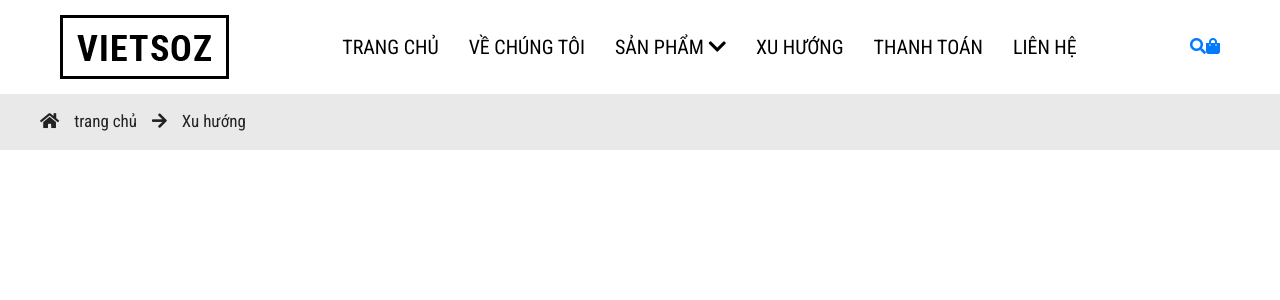
Repository: vinhtk0209/Vietsoz-reponsive
Page: index.html
The author's editor kept a copy of each file at every save. The page is drawn from the files as they stood at one save, then again after the next save.
The browser window is 1280 px wide. The pictures show the whole page.

Above is the page before, as saved 2021-10-23 17:13:24.

### index.html
<!DOCTYPE html>
<html lang="en">
  <head>
    <meta charset="UTF-8" />
    <meta http-equiv="X-UA-Compatible" content="IE=edge" />
    <meta name="viewport" content="width=device-width, initial-scale=1.0" />
    <link rel="stylesheet" href="assets/css/reset.css" />
    <link rel="stylesheet" href="assets/css/global.css" />
    <link rel="stylesheet" href="assets/css/main.css" />
    <link rel="stylesheet" href="assets/fontawesome/css/all.css" />
    <link rel="stylesheet" href="assets/css/reponsive.css">
    <link rel="preconnect" href="https://fonts.googleapis.com" />
    <link rel="preconnect" href="https://fonts.gstatic.com" crossorigin />
    <link
      href="https://fonts.googleapis.com/css2?family=Roboto:ital,wght@0,100;0,300;0,400;0,500;0,700;0,900;1,100;1,300;1,400;1,500;1,700;1,900&display=swap"
      rel="stylesheet"
    />
    <link rel="preconnect" href="https://fonts.googleapis.com" />
    <link rel="preconnect" href="https://fonts.gstatic.com" crossorigin />
    <link
      href="https://fonts.googleapis.com/css2?family=Roboto+Condensed:ital,wght@0,300;0,400;0,700;1,300;1,400;1,700&display=swap"
      rel="stylesheet"
    />
    <div id="fb-root"></div>
    <script
      async
      defer
      crossorigin="anonymous"
      src="https://connect.facebook.net/vi_VN/sdk.js#xfbml=1&version=v11.0"
      nonce="ecJjSUD8"
    ></script>
    <title>VIESOZ</title>
  </head>

  <body>
    <!-- wrapper starts -->
    <div class="wrapper">
      <!-- header starts -->
      <header class="header">
        <div class="container">
          <div
            class="wp-header-top d-flex align-i-center justify-content-between"
          >
            <div class="header-banner">
              <img src="assets/images/logo.png" alt="" />
            </div>
            <nav class="header-main-menu">
              <ul class="d-flex main-menu">
                <li><a href="">trang chủ</a></li>
                <li><a href="">về chúng tôi</a></li>
                <li class="product-have-menu">
                  <a href=""
                    >sản phẩm
                    <span class="arrow-down"
                      ><i class="fas fa-chevron-down"></i></span
                  ></a>

                </li>

                <li><a href="">xu hướng</a></li>
                <li><a href="">thanh toán</a></li>
                <li><a href="">liên hệ</a></li>

              </ul>

            </nav>
            <ul class="icon-menu d-flex">
              <li>
                <a href=""
                  ><span class="search"><i class="fas fa-search"></i></span
                ></a>
              </li>
              <li>
                <a href="" class="shopping-cart"
                  ><span class="icon-cart"
                    ><i class="fas fa-shopping-bag"></i></span
                ></a>
              </li>
            </ul>
          </div>
        </div>
        <div class="wp-head-extra-menu">
          <ul class="list-menu-header-extra d-flex container">
            <li>
              <a href="">
                <span class="home-icon">
                  <i class="fas fa-home"></i>
                </span>
              </a>
            </li>

            <li class="home-text">
              <a href="">trang chủ</a>
            </li>
            <li>
              <a href="">
                <span class="arrow-righ">
                  <i class="fas fa-arrow-right"></i>
                </span>
              </a>
            </li>
            <li class="trend">
              <a href="">Xu hướng</a>
            </li>
          </ul>
        </div>

      </header>
      <!-- header ends -->

      <!-- content starts -->
      <!-- wp-content starts -->


      <!-- wp-content ends -->

      <!-- sidebar starts -->


      <!-- sidebar ends -->

      <!-- content ends -->

    </div>
    <!-- wrapper ends -->
  </body>
</html>

### assets/css/reset.css
/*
 * Bootstrap Reboot v4.3.1 (https://getbootstrap.com/)
 * Copyright 2011-2019 The Bootstrap Authors
 * Copyright 2011-2019 Twitter, Inc.
 * Licensed under MIT (https://github.com/twbs/bootstrap/blob/master/LICENSE)
 * Forked from Normalize.css, licensed MIT (https://github.com/necolas/normalize.css/blob/master/LICENSE.md)
 */

*,
*::before,
*::after {
    box-sizing: border-box;
}

html {
    font-family: sans-serif;
    line-height: 1.15;
    -webkit-text-size-adjust: 100%;
    -webkit-tap-highlight-color: rgba(0, 0, 0, 0);
}

article,
aside,
figcaption,
figure,
footer,
header,
hgroup,
main,
nav,
section {
    display: block;
}

body {
    margin: 0;
    font-family: -apple-system, BlinkMacSystemFont, "Segoe UI", Roboto, "Helvetica Neue", Arial, "Noto Sans", sans-serif, "Apple Color Emoji", "Segoe UI Emoji", "Segoe UI Symbol", "Noto Color Emoji";
    font-size: 1rem;
    font-weight: 400;
    line-height: 1.5;
    color: #212529;
    text-align: left;
    background-color: #fff;
}

[tabindex="-1"]:focus {
    outline: 0 !important;
}

hr {
    box-sizing: content-box;
    height: 0;
    overflow: visible;
}

h1,
h2,
h3,
h4,
h5,
h6 {
    margin-top: 0;
    margin-bottom: 0.5rem;
}

p {
    margin-top: 0;
    margin-bottom: 1rem;
}

abbr[title],
abbr[data-original-title] {
    text-decoration: underline;
    -webkit-text-decoration: underline dotted;
    text-decoration: underline dotted;
    cursor: help;
    border-bottom: 0;
    -webkit-text-decoration-skip-ink: none;
    text-decoration-skip-ink: none;
}

address {
    margin-bottom: 1rem;
    font-style: normal;
    line-height: inherit;
}

ol,
ul,
dl {
    margin-top: 0;
    margin-bottom: 1rem;
}

ol ol,
ul ul,
ol ul,
ul ol {
    margin-bottom: 0;
}

dt {
    font-weight: 700;
}

dd {
    margin-bottom: .5rem;
    margin-left: 0;
}

blockquote {
    margin: 0 0 1rem;
}

b,
strong {
    font-weight: bolder;
}

small {
    font-size: 80%;
}

sub,
sup {
    position: relative;
    font-size: 75%;
    line-height: 0;
    vertical-align: baseline;
}

sub {
    bottom: -.25em;
}

sup {
    top: -.5em;
}

a {
    color: #007bff;
    text-decoration: none;
    background-color: transparent;
}

a:hover {
    color: #0056b3;
    text-decoration: underline;
}

a:not([href]):not([tabindex]) {
    color: inherit;
    text-decoration: none;
}

a:not([href]):not([tabindex]):hover,
a:not([href]):not([tabindex]):focus {
    color: inherit;
    text-decoration: none;
}

a:not([href]):not([tabindex]):focus {
    outline: 0;
}

pre,
code,
kbd,
samp {
    font-family: SFMono-Regular, Menlo, Monaco, Consolas, "Liberation Mono", "Courier New", monospace;
    font-size: 1em;
}

pre {
    margin-top: 0;
    margin-bottom: 1rem;
    overflow: auto;
}

figure {
    margin: 0 0 1rem;
}

img {
    vertical-align: middle;
    border-style: none;
}

svg {
    overflow: hidden;
    vertical-align: middle;
}

table {
    border-collapse: collapse;
}

caption {
    padding-top: 0.75rem;
    padding-bottom: 0.75rem;
    color: #6c757d;
    text-align: left;
    caption-side: bottom;
}

th {
    text-align: inherit;
}

label {
    display: inline-block;
    margin-bottom: 0.5rem;
}

button {
    border-radius: 0;
}

button:focus {
    outline: 1px dotted;
    outline: 5px auto -webkit-focus-ring-color;
}

input,
button,
select,
optgroup,
textarea {
    margin: 0;
    font-family: inherit;
    font-size: inherit;
    line-height: inherit;
}

button,
input {
    overflow: visible;
}

button,
select {
    text-transform: none;
}

select {
    word-wrap: normal;
}

button,
[type="button"],
[type="reset"],
[type="submit"] {
    -webkit-appearance: button;
}

button:not(:disabled),
[type="button"]:not(:disabled),
[type="reset"]:not(:disabled),
[type="submit"]:not(:disabled) {
    cursor: pointer;
}

button::-moz-focus-inner,
[type="button"]::-moz-focus-inner,
[type="reset"]::-moz-focus-inner,
[type="submit"]::-moz-focus-inner {
    padding: 0;
    border-style: none;
}

input[type="radio"],
input[type="checkbox"] {
    box-sizing: border-box;
    padding: 0;
}

input[type="date"],
input[type="time"],
input[type="datetime-local"],
input[type="month"] {
    -webkit-appearance: listbox;
}

textarea {
    overflow: auto;
    resize: vertical;
}

fieldset {
    min-width: 0;
    padding: 0;
    margin: 0;
    border: 0;
}

legend {
    display: block;
    width: 100%;
    max-width: 100%;
    padding: 0;
    margin-bottom: .5rem;
    font-size: 1.5rem;
    line-height: inherit;
    color: inherit;
    white-space: normal;
}

progress {
    vertical-align: baseline;
}

[type="number"]::-webkit-inner-spin-button,
[type="number"]::-webkit-outer-spin-button {
    height: auto;
}

[type="search"] {
    outline-offset: -2px;
    -webkit-appearance: none;
}

[type="search"]::-webkit-search-decoration {
    -webkit-appearance: none;
}

::-webkit-file-upload-button {
    font: inherit;
    -webkit-appearance: button;
}

output {
    display: inline-block;
}

summary {
    display: list-item;
    cursor: pointer;
}

template {
    display: none;
}

[hidden] {
    display: none !important;
}


/*# sourceMappingURL=bootstrap-reboot.css.map */

### assets/css/global.css
/* .text-center{
    text-align: center;
}
.text-left{
    text-align: left;
}
.text-right{
    text-align: right;
}
.float-left{
    float:left;

}
.float-right{
    float:right;
}
.container{
    width:1150px;
    margin:0px auto;


}
.flex-space{
    display:flex;
    justify-content:space-between;
}
.align-i-center{
    align-items: center;
}
.mg-top-30{
    margin-top: 30px;
}
.mg-top-22{
    margin-top: 22px;
}
.d-flex{
    display:flex;
}
.bg-black{

    background-color: #131619;
}
.pt-10{
    padding-top: 10px;
} */
.container {
    max-width: 1200px;

    margin: 0px auto;
    /* display:flex; */

}

.justify-content-between {
    justify-content: space-between;
}

.d-flex {
    display: flex;
}

.jus-between {
    justify-content: space-between;
}

.align-i-center {
    align-items: center;
}

.mg-bottom-80 {
    margin-bottom: 80px;
}

.fl-basics-30 {
    flex-basis: 30%;
}

.pd-top-40 {
    padding-top: 40px;
}
.pd-top-10{
    padding-top:10px;
}
.text-center {
    text-align: center;
}

### assets/css/main.css
* {
    margin: 0;
    padding: 0;
}

body {
    /* font-family: 'Roboto', sans-serif; */
    line-height: 1.5;
}

ul {
    list-style-type: none;
    margin-bottom: 0px;
}

p,
h1,
h2,
h4 {
    margin-bottom: 0px;
}

.header {
    font-family: 'Roboto Condensed', sans-serif;
    margin-bottom: 45px;
    padding:15px 0;
   position: relative;

}

.wp-header-top {
    width: 100%;
    /* display:flex; */
    /* min-height: 110px; */
    margin-bottom: 15px;
    padding:0 20px;
}

.header-main-menu ul li:not(:first-child) {
    padding-left: 30px;
}

.header-main-menu ul li a {
    text-decoration: none;

    font-size: 20px;
    text-transform: uppercase;
    font-weight: 400;
    color: #000000;

}

.wp-header-top ul.icon-menu li span.arrow-down {
    font-size: 10px;
    color: #000000;
}

.header-main-menu ul li a span.search {
    font-size: 15px;
}

.header-main-menu ul li a span.icon-cart {
    font-size: 25px;
}




.wp-head-extra-menu {
    background-color: #e9e9e9;
    min-height: 50px;
    padding:0 20px;
}

ul.list-menu-header-extra li:not(:first-child) {
    padding-left: 15px;
}

ul.list-menu-header-extra li {
    padding: 15px 0px;

}

ul.list-menu-header-extra {
    margin-bottom: 0px;
}

ul.list-menu-header-extra li a {
    text-decoration: none;
    font-size: 17px;
    color: #222222;
    font-weight: 400;
    box-sizing: border-box;
}


#content {
    font-family: 'Roboto', sans-serif;
}

.wp-content-news {
    max-width: 820px;

}

.wp-content-news ul.list-news li {
    display: flex;
    min-height: 227px;
    padding-bottom: 15px;
    border-bottom: 1px solid #a69e9e;
    margin-bottom: 20px;
    overflow: hidden;
}

.wp-content-news ul.list-news li:last-child {
    border: none;

}
.wp-content-news ul.list-news .image-news a{
    display:block;
    transition:transform 1s;

}
.wp-content-news ul.list-news .image-news a:hover{
    transform: scale(1.05);
}
.wp-content-news ul.list-news li .more-info a.title {
    padding-bottom: 15px;
    font-size: 24px;
    font-weight: 500;
    color: #333333;
    text-decoration: none;
}

.wp-content-news ul.list-news li .more-info p.date {
    font-size: 13px;
    color: #a69e9e;
    font-weight: 300;
}

.wp-content-news ul.list-news li .more-info p.content {
    padding-top: 25px;
    font-size: 14px;
    font-weight: 400;
    margin-bottom: 0px;
    color: #777777;

}

.wp-content-news ul.list-news li {
    font-weight: 400;
}

.wp-content-news ul.list-news li a {
    text-decoration: none;
}

.wp-content-news ul.list-news li .more-info {
    padding-left: 15px;

}

.wp-content-news .pages-num li:first-child {
    margin-right: 12px;
    font-size: 14px;
    text-transform: capitalize;

}

.wp-content-news .pages-num a {
    text-decoration: none;
}

.wp-content-news .pages-num li:not(:first-child) {
    margin-left: 7px;
    font-size: 13px;
    padding: 5px 12px;
    border: 1px solid #e9e9e9;
    transition: all 0.5s;

}

.wp-content-news .pages-num li:not(:first-child):hover {
    background-color: #272727;

}

.wp-content-news .pages-num li:not(:first-child):hover a {
    color: #ffffff;
}

.wp-content-news .pages-num li:not(:first-child) a {
    color: #0b0b0b;
}

.wp-content-list-caterory {
    /* padding-left: 90px; */
    font-weight: bold;
    max-width: 310px;
}

.wp-content-list-caterory .box-caterory {
    margin-bottom: 50px;
}

.wp-content-list-caterory .box-caterory .box-title {
    padding-top: 20px;
    padding-bottom: 20px;
    padding-left: 25px;
    background-color: #283943;
    color: #ffffff;


}

.wp-content-list-caterory .box-caterory .box-title h3 {
    margin-bottom: 0;
    font-size: 21px;

    text-transform: uppercase;

}

.wp-content-list-caterory .box-caterory .box-body ul {
    padding-left: 25px;
    padding-top: 20px;
    padding-bottom: 20px;
    padding-right: 15px;
    border: 1px solid #a69e9e;

}

.wp-content-list-caterory .box-caterory .box-body ul li {
    border-bottom: 1px solid #a69e9e;
    padding-bottom: 10px;


}

.box-caterory .box-body ul li:not(:first-child) {
    margin-top: 10px;

}

.box-caterory .box-body ul li a span.arrow-right {
    float: right;

}

.wp-content-list-caterory .box-caterory .box-body ul li a {
    text-decoration: none;
    color: #333333;
    text-transform: uppercase;
    font-size: 14px;
    transition: all 0.5s;
}

.box-caterory .box-body ul li:hover a {
    color: #d5be00;
}

.box-caterory .box-body ul li:hover {
    border-bottom: 1px solid #d5be00;
}

.box-banner {
    margin-bottom: 45px;
}


.list-product {
    border: 1px solid #a69e9e;

}

.list-product ul li {
    display: flex;
}

.list-product ul li a.title {
    font-size: 14px;
    text-decoration: none;
}

.wp-content-list-caterory .box-product {
    font-weight: 500;
}

.wp-content-list-caterory .box-product .box-title {
    padding-top: 20px;
    padding-bottom: 20px;
    padding-left: 25px;
    background-color: #283943;
    color: #ffffff;
    text-transform: uppercase;
}

.box-product {}

.box-product .box-body ul {
    padding: 10px 15px;
}

.box-product .box-body ul li {
    border-bottom: 1px solid #a69e9e;
    padding-bottom: 20px;
    margin-bottom: 10px;
}

.box-product .box-body ul li:last-child {
    border: none;
}

.box-product .box-body .image-product {
    margin-right: 10px;
}

.box-product .box-body .info-product a.title {
    color: #272727;
    font-size: 14px;
    padding-bottom: 15px;
    display: block;
}

.box-product .box-body .info-product p {
    padding-bottom: 4px;
    display: block;
}

.box-product .box-body .info-product p.price:not(span.discount) {
    font-size: 15px;
    color: #d40707;
    padding-right: 8px;
}

.box-product .box-body .info-product span.discount {
    font-size: 12px;
    color: #909090;
}

.box-product .box-body .info-product a.details {
    font-size: 13px;
    color: #00708c;
    text-decoration: underline;
    /* margin:0; */
}

.box-product .box-body .info-product span.buy-arrow-right {
    padding-left: 2px;
}

.footer {
    background-color: #1b1b1b;
    min-height: 410px;
    padding-top: 70px;
    color: #ffffff;
    font-size: 16px;
    font-weight: 300;
}

.footer a {
    text-decoration: none;
    color: #ffffff;
}
.footer h3{
    font-size: 28px;
    text-transform: uppercase;
}
.footer ul {
    list-style: circle;
}
.footer ul.footer-caterory li:not(:first-child){
    padding-top:15px;

}
.footer ul.footer-seller li:not(:first-child){
    padding-top:15px;
}
.footer .footer-facebook{
    padding-top:90px;
}
.copyright{
    min-height: 50px;
    background-color:#ffffff;
}

/* .footer .box-body ul.footer-caterory{
    list-style:  circle;
}


} */

### assets/css/reponsive.css
@media screen and (max-width: 1040px) {
    nav.header-main-menu{

    }
}

Loaded but not shown: assets/fontawesome/css/all.css (library)

After the next save:
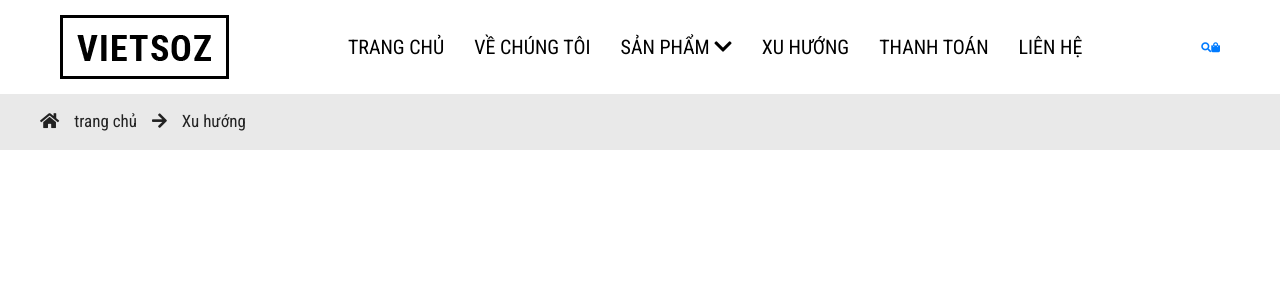
Saved 15 s later.
--- a/assets/css/main.css
+++ b/assets/css/main.css
@@ -50,7 +50,7 @@ h4 {
 
 }
 
-.wp-header-top ul.icon-menu li span.arrow-down {
+.wp-header-top ul.icon-menu li  {
     font-size: 10px;
     color: #000000;
 }
